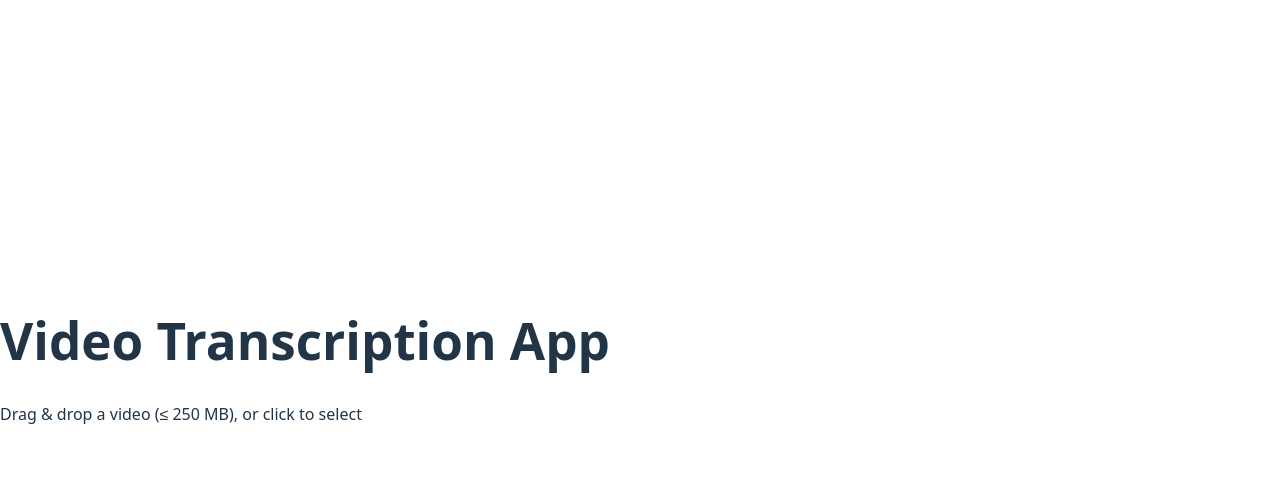
Repository: prajapatisurj/video-transtion
Page: / (app in client/)
The author's editor kept a copy of each file at every save. The page is drawn from the files as they stood at one save, then again after the next save.
The browser window is 1280 px wide. The pictures show the whole page.
The project was rebuilt for these pictures with package versions that can differ from the ones it lists, and the page was loaded fresh each time. Also part of the build but not shown: client/vite.config.ts, client/src/components/TranscriptDisplay.tsx.

Above is the page before, as saved 2025-10-25 21:58:09.

After the next save:
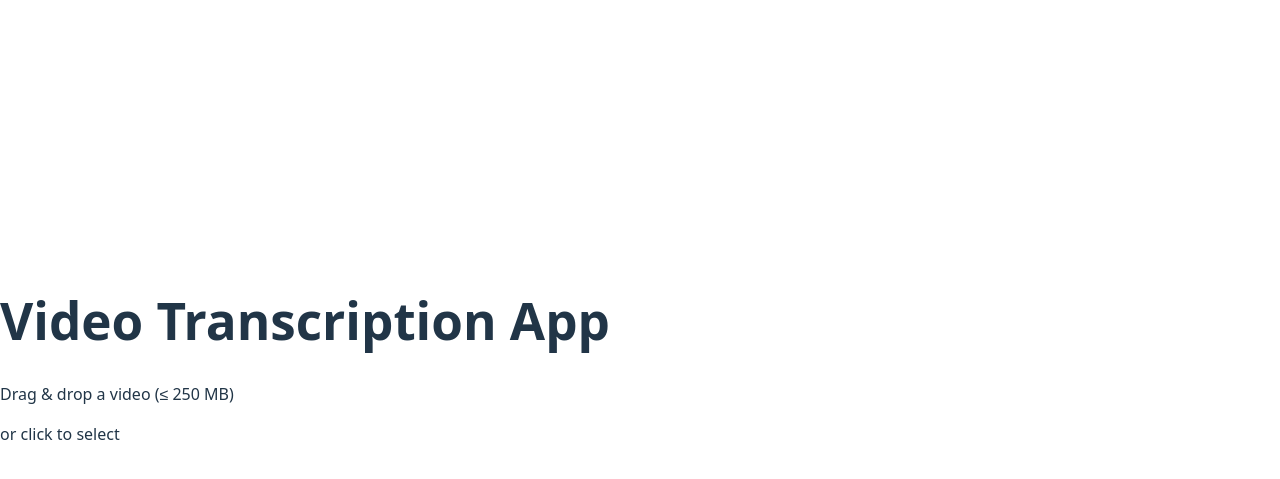
Saved 9 s later.
--- a/client/src/components/DropZone.tsx
+++ b/client/src/components/DropZone.tsx
@@ -8,53 +8,89 @@ export default function DropZone({
 }) {
   const [uploading, setUploading] = useState(false);
 
-  const onDrop = async (files: File[]) => {
-    const file = files[0];
-    if (!file || file.size > 250 * 1024 * 1024) {
+  const uploadFile = async (file: File) => {
+    try {
+      const res = await fetch("/api/upload", {
+        method: "POST",
+        headers: { "Content-Type": "application/json" },
+        body: JSON.stringify({
+          fileName: file.name,
+          fileType: file.type,
+          fileSize: file.size,
+        }),
+      });
+
+      if (!res.ok) throw new Error("Failed to get upload URL");
+
+      const { uploadUrl, fileId } = await res.json();
+
+      const uploadRes = await fetch(uploadUrl, {
+        method: "PUT",
+        body: file,
+        headers: { "Content-Type": file.type },
+      });
+
+      if (!uploadRes.ok) throw new Error("Failed to upload file");
+
+      onUploadStart(fileId);
+    } catch (error) {
+      alert("Upload failed. Please try again.");
+      console.error("Upload error:", error);
+    } finally {
+      setUploading(false);
+    }
+  };
+
+  const onDrop = (acceptedFiles: File[]) => {
+    const file = acceptedFiles[0];
+    if (!file) return;
+
+    if (file.size > 250 * 1024 * 1024) {
       alert("File must be ≤ 250 MB");
       return;
     }
 
     setUploading(true);
-
-    const res = await fetch("/api/upload", {
-      method: "POST",
-      headers: { "Content-Type": "application/json" },
-      body: JSON.stringify({
-        fileName: file.name,
-        fileType: file.type,
-        fileSize: file.size,
-      }),
-    });
-
-    const { uploadUrl, fileId } = await res.json();
-
-    await fetch(uploadUrl, {
-      method: "PUT",
-      body: file,
-      headers: { "Content-Type": file.type },
-    });
-
-    setUploading(false);
-    onUploadStart(fileId);
+    uploadFile(file);
   };
 
-  const { getRootProps, getInputProps, isDragActive } = useDropzone({ onDrop });
+  const { getRootProps, getInputProps, isDragActive } = useDropzone({
+    onDrop,
+    accept: {
+      "video/mp4": [],
+      "video/webm": [],
+      "video/ogg": [],
+    },
+    maxFiles: 1,
+    disabled: uploading,
+  });
 
   return (
     <div
       {...getRootProps()}
-      className={`border-4 border-dashed rounded-xl p-12 text-center cursor-pointer transition ${
-        isDragActive ? "border-blue-500 bg-blue-50" : "border-gray-300"
+      className={`border-4 border-dashed rounded-xl p-12 text-center cursor-pointer transition-all ${
+        isDragActive
+          ? "border-blue-500 bg-blue-50"
+          : uploading
+          ? "border-gray-400 bg-gray-50 cursor-not-allowed"
+          : "border-gray-300 hover:border-gray-400"
       }`}
     >
       <input {...getInputProps()} />
       {uploading ? (
-        <p>Uploading...</p>
+        <div className="flex flex-col items-center gap-2">
+          <div className="animate-spin rounded-full h-8 w-8 border-b-2 border-blue-600"></div>
+          <p className="text-blue-600 font-medium">Uploading... Please wait</p>
+        </div>
       ) : isDragActive ? (
-        <p>Drop the video here...</p>
+        <p className="text-blue-600 font-medium">Drop the video here...</p>
       ) : (
-        <p>Drag & drop a video (≤ 250 MB), or click to select</p>
+        <div>
+          <p className="text-lg font-medium text-gray-700">
+            Drag & drop a video (≤ 250 MB)
+          </p>
+          <p className="text-sm text-gray-500 mt-1">or click to select</p>
+        </div>
       )}
     </div>
   );
